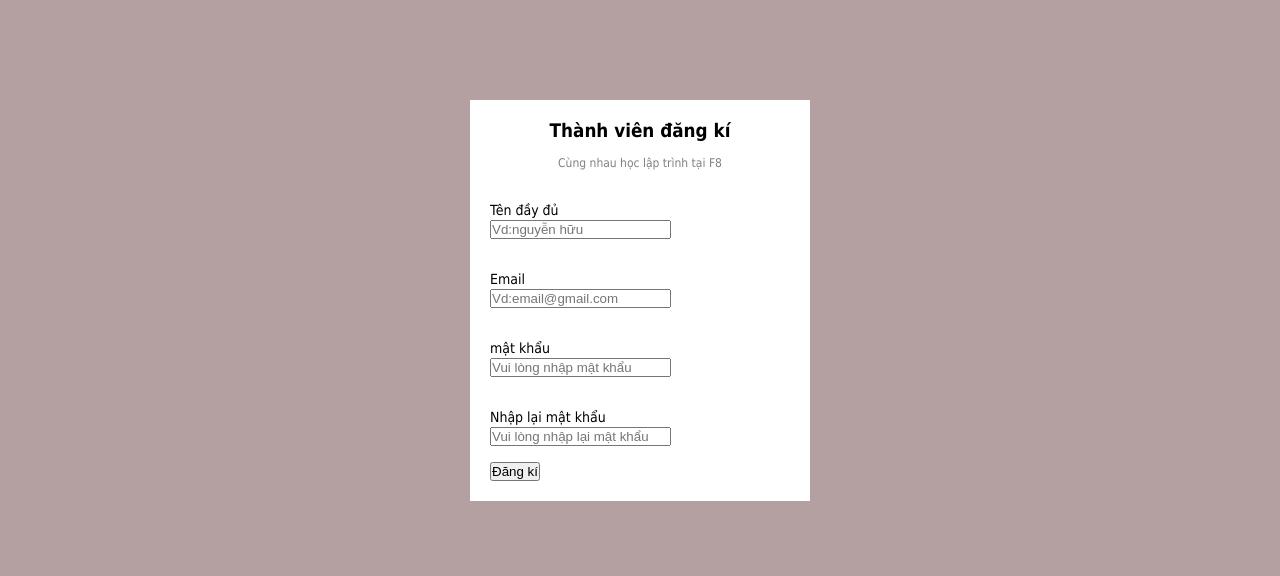
Repository: HuunvDev/Validator
Page: index.html
These files come from the project's save history. The page is drawn as it stood at one moment and after the next save; the edit follows.
The browser window is 1280 px wide. The pictures show the whole page.

Above is the page before, as saved 2022-08-20 09:26:39.

After the next save:
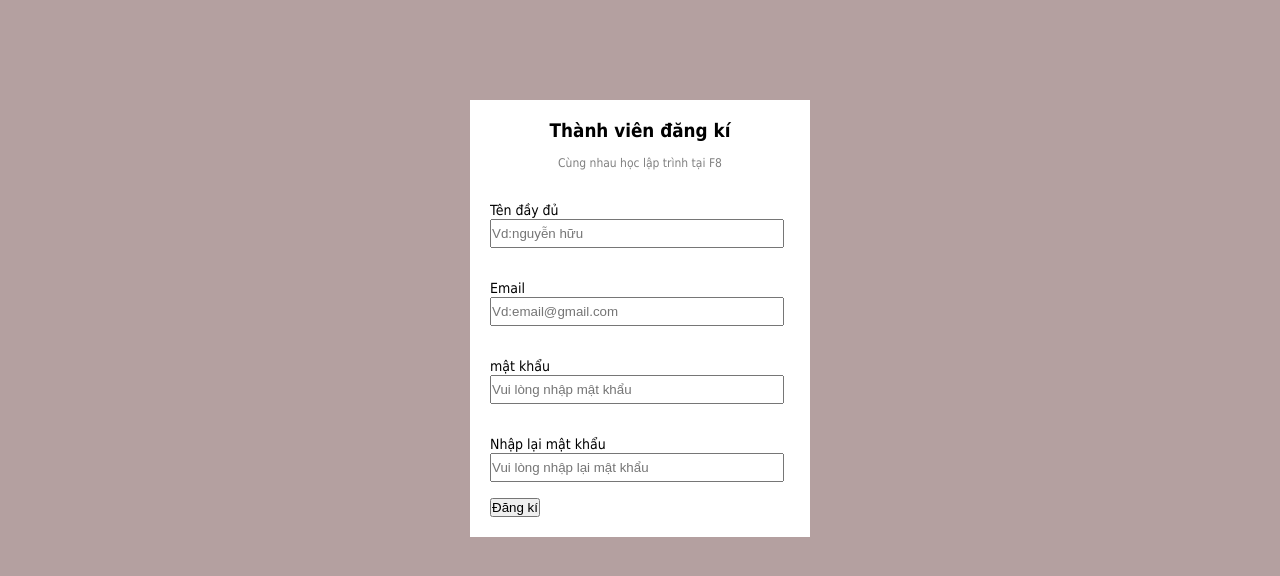
Saved 86 s later.
--- a/style.css
+++ b/style.css
@@ -32,3 +32,7 @@ p.desc {
 label.form-lable {
     font-size: 14px;
 }
+input {
+    width: 290px;
+    height: 25px;
+}
